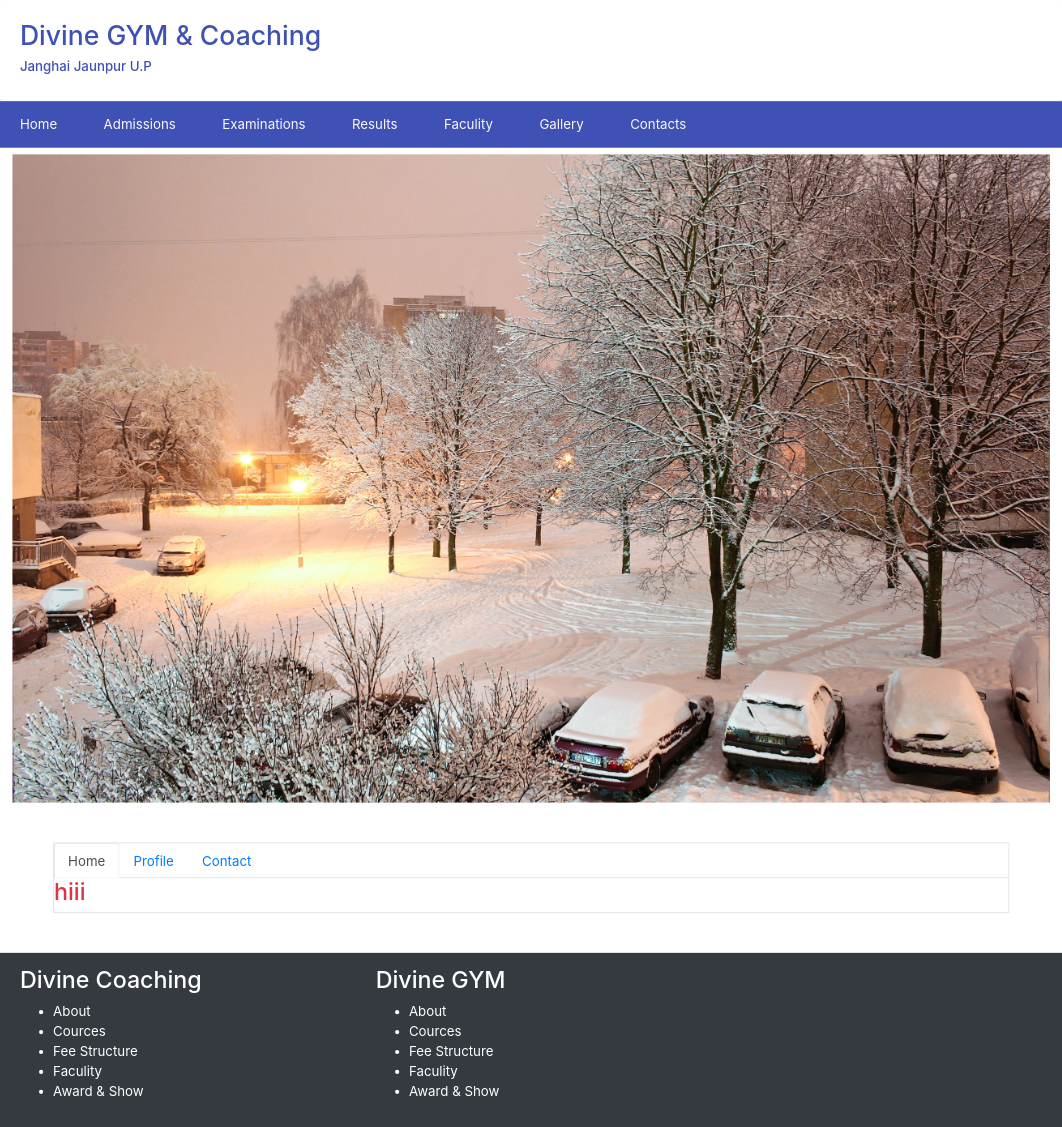
Repository: lalji-yadav/vikash-Coaching-frontend
Page: /gallery
These files come from the project's save history. The page is drawn as it stood at one moment and after the next save; the edit follows.
The browser window is 1280 px wide. The pictures show the whole page, at 83% of full size.
The project was rebuilt for these pictures with package versions that can differ from the ones it lists, and the page was loaded fresh each time. Also part of the build but not shown: src/index.css, src/home/home.js, src/component/admission/admission.js, src/component/examination/examination.js, src/component/results/result.js, src/component/faculity/faculity.js.

Above is the page before, as saved 2021-04-11 14:15:30.

After the next save:
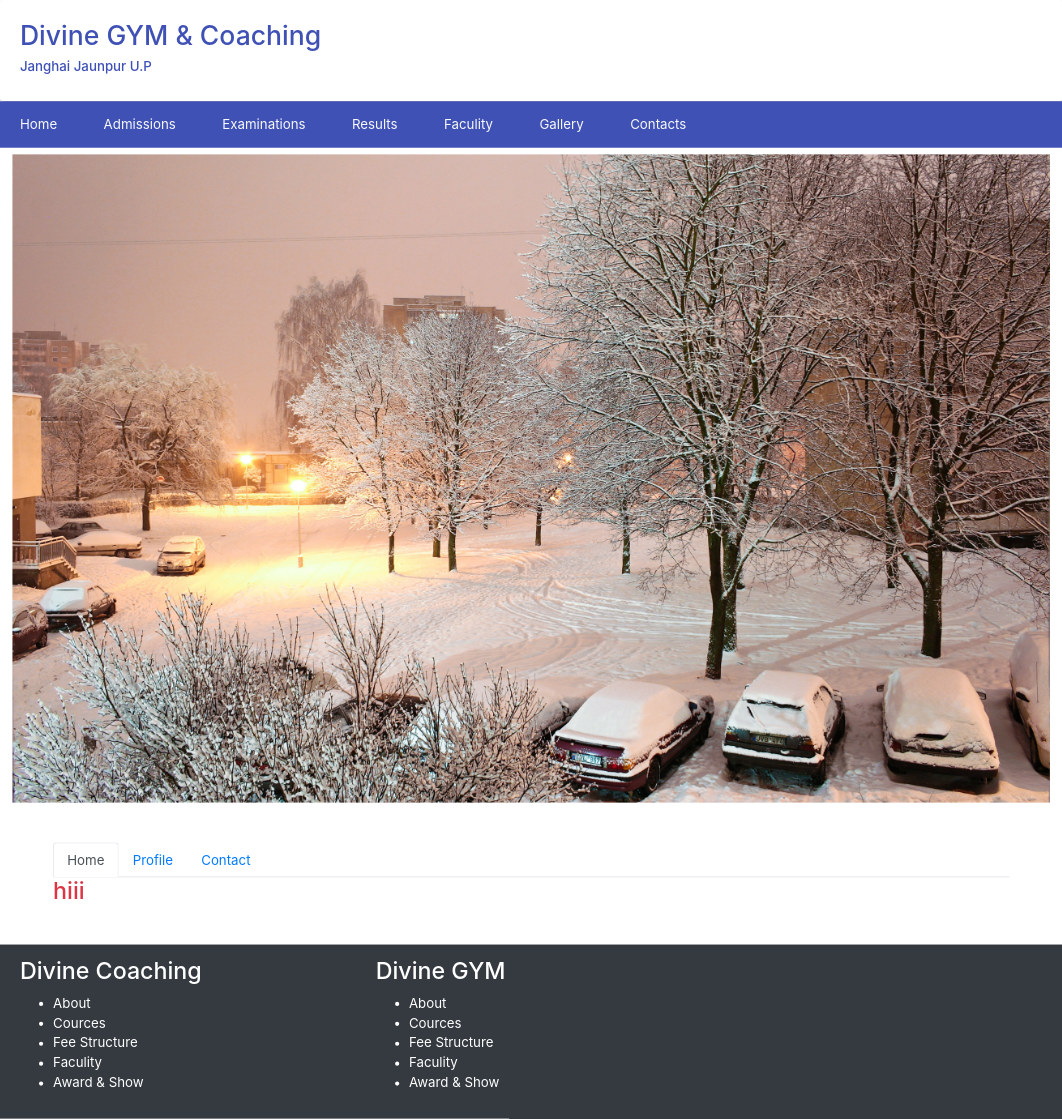
Saved 30 s later.
--- a/src/component/gallery/gallery.js
+++ b/src/component/gallery/gallery.js
@@ -17,7 +17,7 @@ class gallery extends Component {
           />
         </div>
 
-        <div className="border mt-5" style={{ width: "90%", marginLeft: "5%" }}>
+        <div className="mt-5" style={{ width: "90%", marginLeft: "5%" }}>
           <Tabs defaultActiveKey="Home" id="uncontrolled-tab-example">
             <Tab className="text-danger" eventKey="Home" title="Home">
               <h3>hiii </h3>
